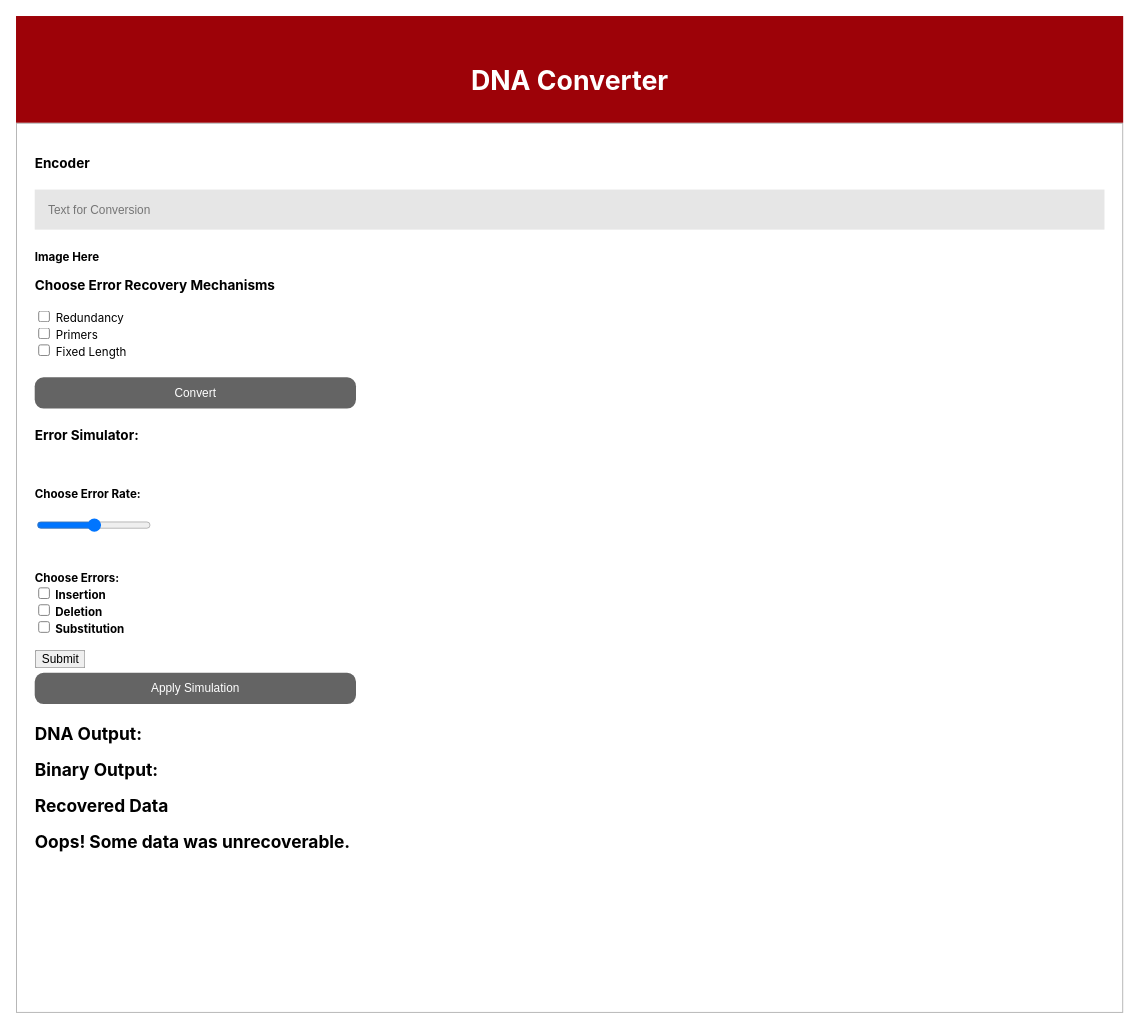
Repository: komalharjani/MSc-Thesis-DNA-Storage
Page: index.html
The author's editor kept a copy of each file at every save. The page is drawn from the files as they stood at one save, then again after the next save.
The browser window is 1280 px wide. The pictures show the whole page, at 89% of full size.

Above is the page before, as saved 2020-08-16 22:07:44.

### index.html
<!DOCTYPE html>
<html lang="en">

<head>
    <link href="index.css" rel="stylesheet">
    <meta charset="UTF-8">
    <meta name="viewport" content="width=device-width, initial-scale=1.0">
    <title>Document</title>
</head>

<body>
    <div id="LoginPage">
        <div class="header"><br>
            <h2> DNA Converter </h2>
        </div>

        <div class="loginContainer">
            <h3>Encoder</h3>
            <input type="text" placeholder="Text for Conversion" id="textToConvert" required class="input">
            <label for="text"><b>Image Here</b></label>
            <h3>Choose Error Recovery Mechanisms</h3>
            <form>
                <input type="checkbox" id="vehicle1" name="vehicle1" value="Bike">
                <label for="vehicle1"> Redundancy </label><br>
                <input type="checkbox" id="vehicle2" name="vehicle2" value="Car">
                <label for="vehicle2"> Primers </label><br>
                <input type="checkbox" id="vehicle3" name="vehicle3" value="Boat">
                <label for="vehicle3"> Fixed Length</label><br><br>
            </form>
            <button onclick="onSubmit()" id="submit">Convert</button>
            <h3>Error Simulator:</h3><br>
            <h4>Choose Error Rate:</h4>
            <input type="range" name="rangeInput" min="0" max="10" onchange="updateTextInput(this.value);">
            <input type="number" id="textInput" value="" class="range" max="10"><br>
            <h4>Choose Errors:</h4<br>
            <form>
                <input type="checkbox" id="vehicle1" name="vehicle1" value="Bike">
                <label for="vehicle1"> Insertion </label><br>
                <input type="checkbox" id="vehicle2" name="vehicle2" value="Car">
                <label for="vehicle2"> Deletion </label><br>
                <input type="checkbox" id="vehicle3" name="vehicle3" value="Boat">
                <label for="vehicle3"> Substitution </label><br><br>
                <input type="submit" value="Submit">
            </form>
            <button onclick="" id="error">Apply Simulation</button><br>
            <!--Take Error Rate from On Submit-->
            <h2>DNA Output:</h2>
            <h2>Binary Output:</h2>
            <h2>Recovered Data</h2>
            <h2>Oops! Some data was unrecoverable. </h2>
        </div>
    </div>

</body>
<script src="index.js"></script>

</html>

### index.css
body {
    background-color:white;
    resize: both;
    overflow: auto;
}

.labelText {
  width: 100%;
  padding: 15px;
  margin: 5px 0 22px 0;
  display: inline-block;
  border: none;
  background: #cacaca;
}

.search {
  width: 30%;
  padding: 15px;
  margin: 5px 0 22px 0;
  display: inline-block;
  border: none;
  background: #e6e6e6;
}

.runBtn {
  background-color: #000000;
  border: 1px solid #ffffff;
  color: rgb(255, 255, 255);
  padding: 14px 20px;
  margin-top: 5px;
  margin-bottom: 5px;
  margin-right: 2px;
  margin-left: 0;
  border: none;
  cursor: pointer;
  width: 100%;
  opacity: 0.9;
  font-size: 15px;
}

#map{
  height: 400px;
  width: 100%;
}

#profile {
  border-radius: 50%;
}

.profile {
    padding: 10px;
    text-align: center;
    height: auto;
}

/* Full-width input fields */
.input {
  width: 100%;
  padding: 15px;
  margin: 5px 0 22px 0;
  display: inline-block;
  border: none;
  background: #e6e6e6;
}

.range {
  margin: 5px 0 22px 0;
  display: inline-block;
  border: none;
  text-align: right;
}

li {
  width: 100%;
  padding: 15px;
  margin: 5px 0 22px 0;
  display: inline-block;
  border: none;
  background: #cacaca;
}

ul {
  padding: 0;
}


/* Add a background color when the inputs get focus */
input[type=text]:focus, input[type=password]:focus {
  background-color: rgb(184, 184, 184);
  outline: none;
}

/* button {
  background-color: #000000;
  color: rgb(255, 255, 255);
  padding: 14px 20px;
  margin: 8px;
  border: none;
  cursor: pointer;
  width: 30%;
  opacity: 0.9;
  border-radius: 20px;
} */

.loginContainer {
  width: 100%;
  float: center;
  padding: 20px;
  border: 0.5px solid #afafaf;
  height: 1000px;

}

/* Set a style for all buttons */
.button {
  background-color: #000000;
  color: rgb(255, 255, 255);
  padding: 10px;
  width: 100%;
  border: none;
  border-radius: 10px;
}

button {
  background-color: rgb(100, 100, 100);
  color: rgb(255, 255, 255);
  padding: 10px;
  width: 30%;
  margin-top: 5px;
  margin-bottom: 5px;
  margin-right: 2px;
  margin-left: 0;
  border: none;
  border-radius: 10px;
}

button:hover {
  opacity: 0.8;
}

/* Extra styles for the cancel button */
.cancelbtn {
  padding: 14px 20px;
  background-color: whitesmoke;
}

/* Float cancel and signup buttons and add an equal width */
.cancelbtn, .signupbtn {
  float: right;
  width: 100%;
}


/* Style the horizontal ruler */
hr {
  border: 1px solid #f1f1f1;
  margin-bottom: 25px;
}

/* Change styles for cancel button and signup button on extra small screens */
@media screen and (max-width: 300px) {
  .cancelbtn, .signupbtn {
     width: 100%;
  }
}
/* OLD BELOW!!!!! */

* {
    box-sizing: border-box;
  }

  /* Add a gray background color with some padding */
  body {
    font-family: -apple-system, BlinkMacSystemFont, 'Segoe UI', Roboto, Oxygen, Ubuntu, Cantarell, 'Open Sans', 'Helvetica Neue', sans-serif;
    padding: 10px;
    background: #ffffff;
    font-size: 13px;
  }
  table {
    font-family: arial, sans-serif;
    border-collapse: collapse;
    width: 100%;
  }

  td, th {
    border: 1px solid #dddddd;
    text-align: left;
    padding: 8px;
  }

  tr:nth-child(even) {
    background-color: #dddddd;
  }
  /* Header Title */
  .header {
    padding: 5px;
    font-size: 20px;
    text-align: center;
    background: #9d0208;
    color: white;
  }

  .login {
    width:300px;
    height:500px;
    position: fixed;
    top: 50%;
    left: 50%;
    margin-top: -125px;
    margin-left: -150px;
  }

  /* Split Screen into Columns */

  .rightcolumn {
    float: right;
    width: 50%;
    padding: 10px;
  }

  .leftcolumn {
    float: left;
    width: 20%;
    padding: 10px;
    background-color: rgb(255, 255, 255);
  }

  .left {
    float: right;
    width: 50%;
    background-color: rgb(255, 255, 255);
  }

  .right {
    float: right;
    width: 50%;
    background-color: rgb(255, 255, 255);
  }

  .centercolumn {
    float: left;
    width: 80%;
    padding: 10px;
    background-color: rgb(255, 255, 255);
  }

  .title {
    color: grey;
    font-size: 18px;
  }

  .rightcolumn {
    float: left;
    width: 30%;
    padding: 10px;
    background-color: rgb(255, 255, 255);
  }

  .box {
    background-color: rgb(255, 255, 255);
    width: 100%;
    padding: 15px;
  }


  .card {
     background-color: whitesmoke;
     padding: 15px;
  }

  .row:after {
    content: "";
    display: table;
    clear: both;
  }

  /* Footer */
  .footer {
    padding: 20px;
    text-align: center;
    background: #ddd;
    margin-top: 20px;
  }

  /* Responsive layout - when the screen is less than 800px wide, make the two columns stack on top of each other instead of next to each other */
  @media screen and (max-width: 800px) {
    .leftcolumn, .rightcolumn {
      width: 100%;
      padding: 0;
    }
  }

  tr:nth-child(even) {
    background-color: #3b37377c;
  }

  button:hover {
    opacity:1;
  }

  /* Extra styles for the cancel button */
  .cancelbtn {
    padding: 14px 20px;
    background-color: #000000;
  }

  /* Float cancel and signup buttons and add an equal width */
  .cancelbtn, .signupbtn {
    float: right;
    width: 100%;
  }

  .containerForm {
    width: 50%;
    float: left;
    padding: 10px;
    background-color: rgb(255, 255, 255);
  }

  /* Add padding to container elements */
  .container {
    width: 100%;
    float: left;
    padding: 10px;
    background-color: rgb(255, 255, 255);
  }

  #result {
    color: red;
  }

  .submitComment {
    background-color: white;
    color: black;
    border: 1px solid #888;
    width: 100%;
    float: right;
  }

  .submitComment :hover {
    background-color: rgb(138, 138, 138);
  }

  .readMore {
    background-color: rgb(216, 216, 216);;
    color: black;
    width: 40%;
    margin: 5px;
  }

  .logoutBtn {
    color: white;
    background-color: #9d0208 ;
    border: 1px solid rgb(255, 255, 255);
    margin: 10px;
  }

  .logoutBtn:hover {
    opacity: 0.7;
  }

  .register {
    color: black;
    background-color: white ;
    border: 1px solid rgb(255, 255, 255);
    margin: 10px;
    opacity: 0.8;
  }

  .register:hover {
    opacity: 1;
  }

  .runPostsStyle {
    background-color: rgb(255, 255, 255);
    padding: 20px;
    border-radius: 10px;
    margin-top: 20px;
    width: 100%;
    overflow: hidden;
    border: 1px solid rgb(0, 0, 0);
    columns: 2;
  }



  .commentPost {
    background-color: whitesmoke;
    padding: 20px;
    border-radius: 10px;
    margin-top: 20px;
    width: 100%;
    overflow: hidden;
  }

  .mapStyle {
    background-color: rgb(94, 0, 0);
    border-radius: 10px;
    width: 40%;
    height: 100px;
    border:solid black;
  }

  /* The Modal (background) */
  .modal {
    display: none; /* Hidden by default */
    position: fixed; /* Stay in place */
    left: 0;
    top: 0;
    width: 100%; /* Full width */
    height: 100%; /* Full height */
    overflow: auto; /* Enable scroll if needed */
    background-color:rgb(255, 255, 255);
    padding: 20px;
  }

  /* Modal Content/Box */
  .modal-content {
    background-color: #ffffff;
    margin: 5% auto 15% auto; /* 5% from the top, 15% from the bottom and centered */
    border: 1px solid #888;
    width: 80%; /* Could be more or less, depending on screen size */
  }

  .postTitle {
    font-size: 20px;
    font-weight: bold;
    color: #9d0208;
  }

  .dateDisplay {
    font-size: 20px;
    font-weight: bold;
  }

  .toFrom {
    font-size: 14px;
    font-weight: bold;
  }

  /* Style the horizontal ruler */
  hr {
    border: 1px solid #f1f1f1;
    margin-bottom: 25px;
  }

  /* The Close Button (x) */
  .close {
    position: absolute;
    right: 35px;
    top: 15px;
    font-size: 40px;
    font-weight: bold;
    color: #000000;
  }

  .close:hover,
  .close:focus {
    color: #ff8484;
    cursor: pointer;
  }

  /* Clear floats */
  .clearfix::after {
    content: "";
    clear: both;
    display: table;
  }

  /* Change styles for cancel button and signup button on extra small screens */
  @media screen and (max-width: 300px) {
    .cancelbtn, .signupbtn {
       width: 100%;
    }
  }

  .dropbtn {
    background-color: #E6E6E6;
    color: rgb(85, 85, 85);
    padding: 16px;
    font-size: 16px;
    border: none;
    width: 100px;
    cursor: pointer;
  }

  .dropbtn:hover, .dropbtn:focus {
    background-color: rgb(187, 187, 187);
  }

  .dropdown {
    position: relative;
    display: inline-block;
  }

  .dropdown-content {
    display: none;
    position: absolute;
    background-color: #f1f1f1;
    min-width: 160px;
    overflow: auto;
    box-shadow: 0px 8px 16px 0px rgba(0,0,0,0.2);
    z-index: 1;
  }

  .dropdown-content a {
    color: black;
    padding: 12px 16px;
    text-decoration: none;
    display: block;
  }

  .dropdown a:hover {background-color: #ddd;}

  .show {display: block;}

Loaded but not shown: index.js (368 lines, source omitted)

After the next save:
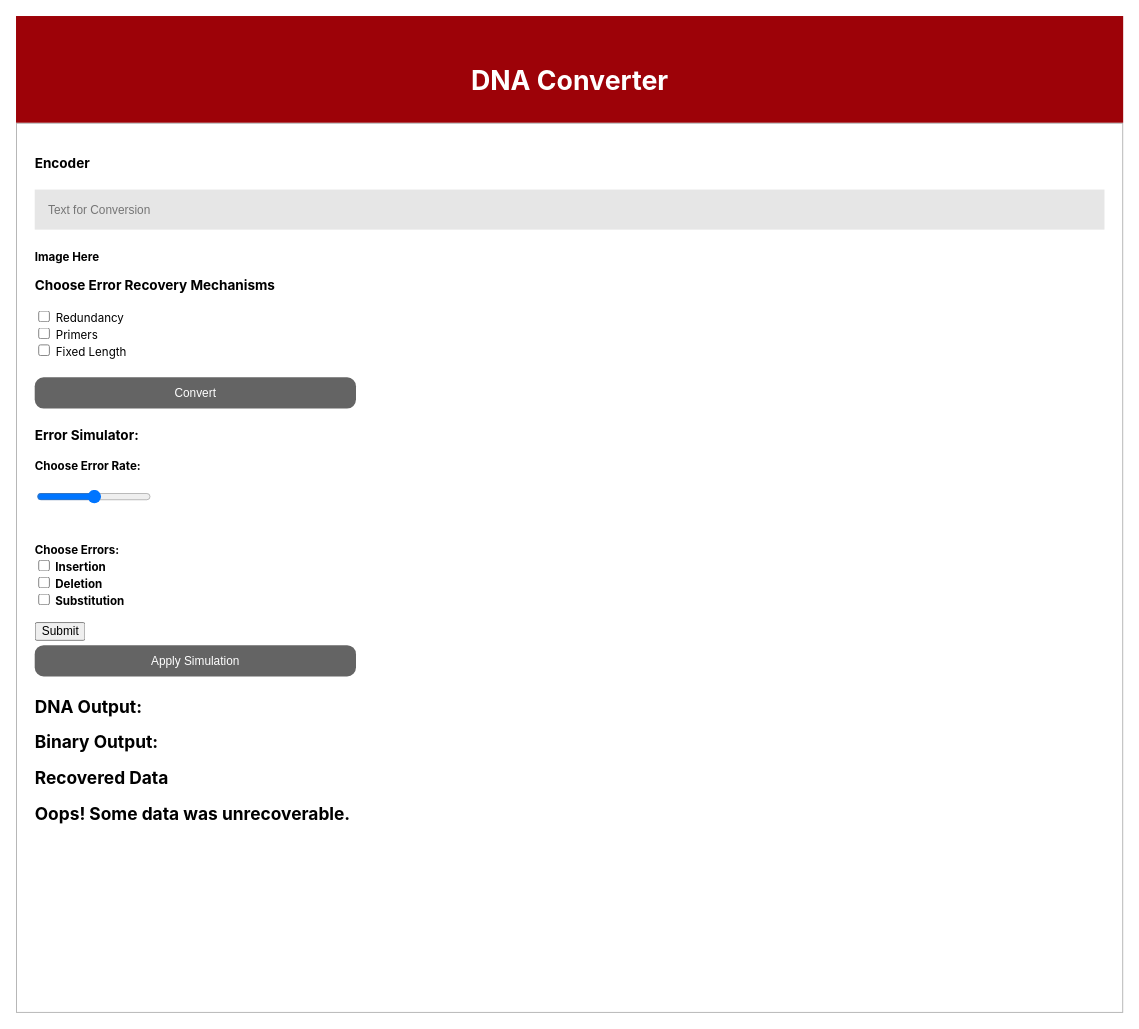
Saved 26 s later.
--- a/index.html
+++ b/index.html
@@ -28,7 +28,7 @@
                 <label for="vehicle3"> Fixed Length</label><br><br>
             </form>
             <button onclick="onSubmit()" id="submit">Convert</button>
-            <h3>Error Simulator:</h3><br>
+            <h3>Error Simulator:</h3>
             <h4>Choose Error Rate:</h4>
             <input type="range" name="rangeInput" min="0" max="10" onchange="updateTextInput(this.value);">
             <input type="number" id="textInput" value="" class="range" max="10"><br>
